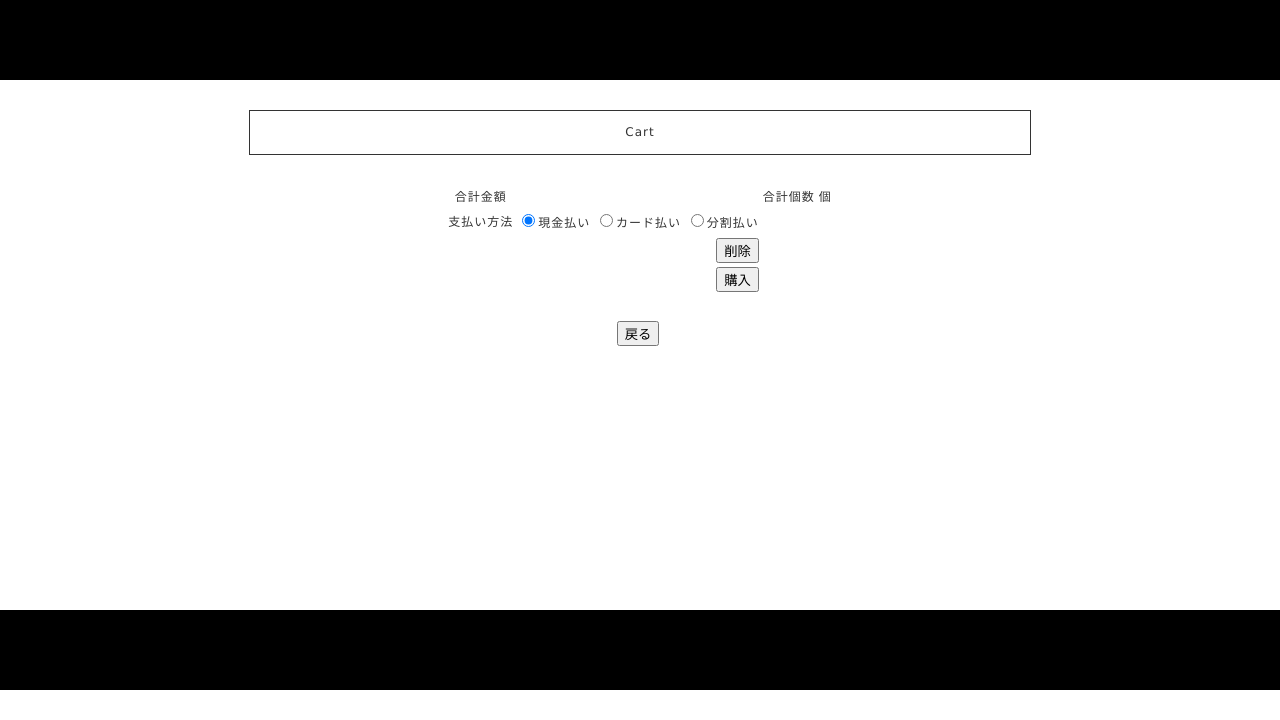
Repository: kazuki7291/backup
Page: http://localhost/template/cart.jsp
An editor plug-in stored every save of this project. The page is shown before and after the next save, followed by the edit.
The browser window is 1280 px wide. The pictures show the whole page.
Some web libraries are served in a nearby version. The page is served by Tomcat 9.

Above is the page before, as saved 2018-01-10 12:16:32.

After the next save:
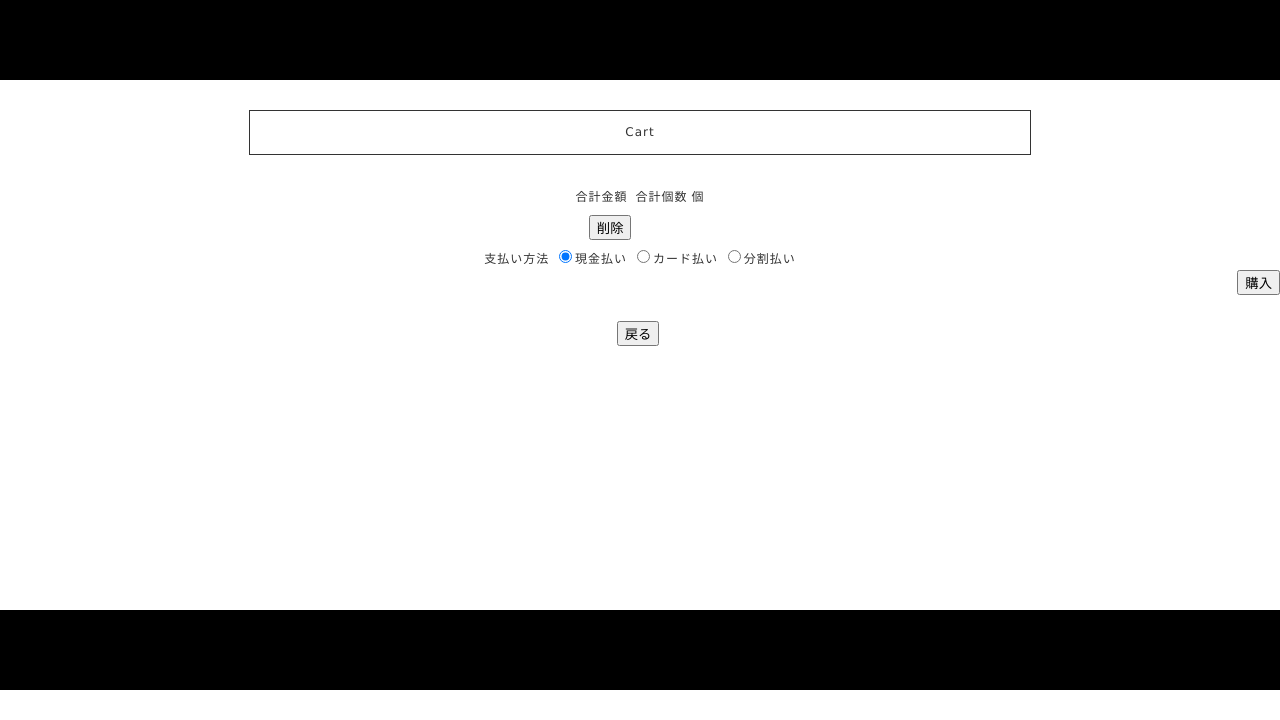
Saved 5 min 24 s later.
--- a/template/WebContent/cart.jsp
+++ b/template/WebContent/cart.jsp
@@ -82,30 +82,32 @@
 		</s:if>
 
 		<s:else>
-			<s:form>
-			<s:iterator value = "session.buyitemCartList">
-				<tr>
-					<td>
-						<s:property value="itemName" />
-					</td>
-					<td>
-						<s:property value="itemPrice" />
-					</td>
-					<td></td>
-					<td>
-						<s:property value="count" /><span>個</span>
-					</td>
-					<td>
-						<input type="checkbox" name="DeleteFlag" value="<s:property value='id' />"/>
-					</td>
-				</tr>
-			</s:iterator>
+			<s:form action="DeleteCartAction">
+				<s:iterator value = "session.buyitemCartList">
+					<tr>
+						<td>
+							<s:property value="itemName" />
+						</td>
+						<td>
+							<s:property value="itemPrice" />
+						</td>
+						<td></td>
+						<td>
+							<s:property value="count" /><span>個</span>
+						</td>
+						<td>
+							<input type="checkbox" name="DeleteFlag" value="<s:property value='id' />"/>
+						</td>
+					</tr>
+				</s:iterator>
 				<tr>
 					<td>合計金額</td>
 					<td><s:property value="session.total_price"/></td>
 					<td>合計個数</td>
 					<td><s:property value="session.total_count"/><span>個</span></td>
 				</tr>
+				<tr><td><s:submit value="削除"  /><td></tr>
+			</s:form>
 				<tr>
 					<td>支払い方法</td>
 					<td>
@@ -114,11 +116,10 @@
 						<input type="radio" name="pay" value="3">分割払い
 					</td>
 					<td>
-						<s:submit value="削除"  action="DeleteCartAction"/>
 						<s:submit value="購入"  action="GobuyItemConfirmAction"/>
 					</td>
 				</tr>
-				</s:form>
+
 		</s:else>
 		<s:form>
 				<tr>
